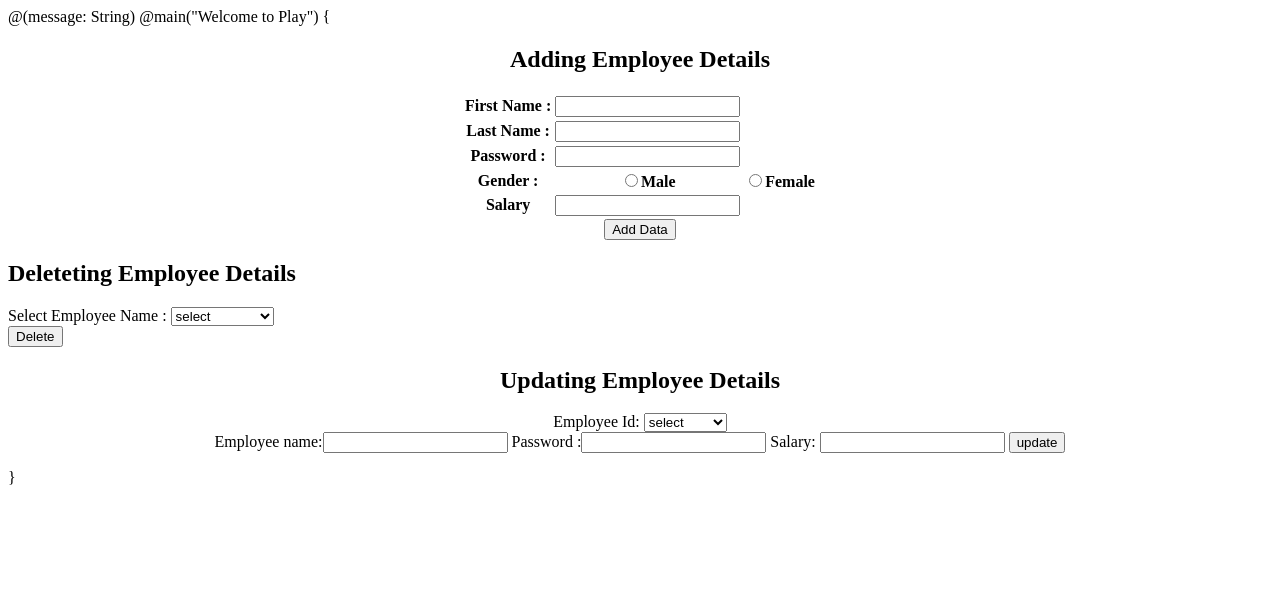
Repository: PoonamDeokar/SalesTool
Page: CrudDemo/app/views/index.scala.html
These files come from the project's save history. The page is drawn as it stood at one moment and after the next save; the edit follows.
The browser window is 1280 px wide. The pictures show the whole page.

Above is the page before, as saved 2016-09-16 06:37:46.

### CrudDemo/app/views/index.scala.html

@(message: String)

@main("Welcome to Play") {


  	<form action ="@routes.HomeController.addEmp()" method="post">

    	<center>
    	<h2>Adding Employee Details </h2>
    	<table>
    	<tr>
    		<th>First Name :</th>
    		<th><input type="text" name="fname"></th>
    	</tr>
    	<tr>
    		<th>Last Name :</th>
    		<th><input type="text" name="lname"></th>
    	</tr>
    	<tr>
    		<th>Password :</th>
    		<th><input type="password" name="pass"></th>
    	</tr>
    	<tr>
    		<th>Gender :</th>
    		<th><input type="radio" name="gen" value="male">Male<br></th>
    		<th><input type="radio" name="gen" value="fmale">Female<br></th>
    	</tr>
    	<tr>
    		<th>Salary</th>
    		<th><input type="text" name="sal"></th>
    	</tr>

    	 </table>
    	 <input type="submit"  value="Add Data"/>
    	</center>
    </form>

    <from action="@routes.HomeController.deleteEmp()" method="post">
    <h2>Deleteting Employee Details</h2>

    Select Employee Name : <select fname="fname">
    <option value="0">select</option>
    @for(emp<-Employee.find.all){
    	<option value=@emp.fname>@emp.fname</option>
    }
    </select><br>
    <input type="submit" value="Delete"/>

    </from>

    <form action="@routes.HomeController.updateEmp()" method="get">
    <center>
    <h2>Updating Employee Details</h2>
    Employee Id: <select eid="eid">
    	<option value="0">select</option>
    	@for(emp<-Employee.find.all){
    		<option value=@emp.eid>@emp.eid</option>
    	}
    </select><br>
    Employee name:<input type="text" name="fname"/>
    Password :<input type="password" name="pass"/>
    Salary: <input type="text" name="sal"/>
    <input type="submit" value="update"/>
	</center>
    </form>

}

After the next save:
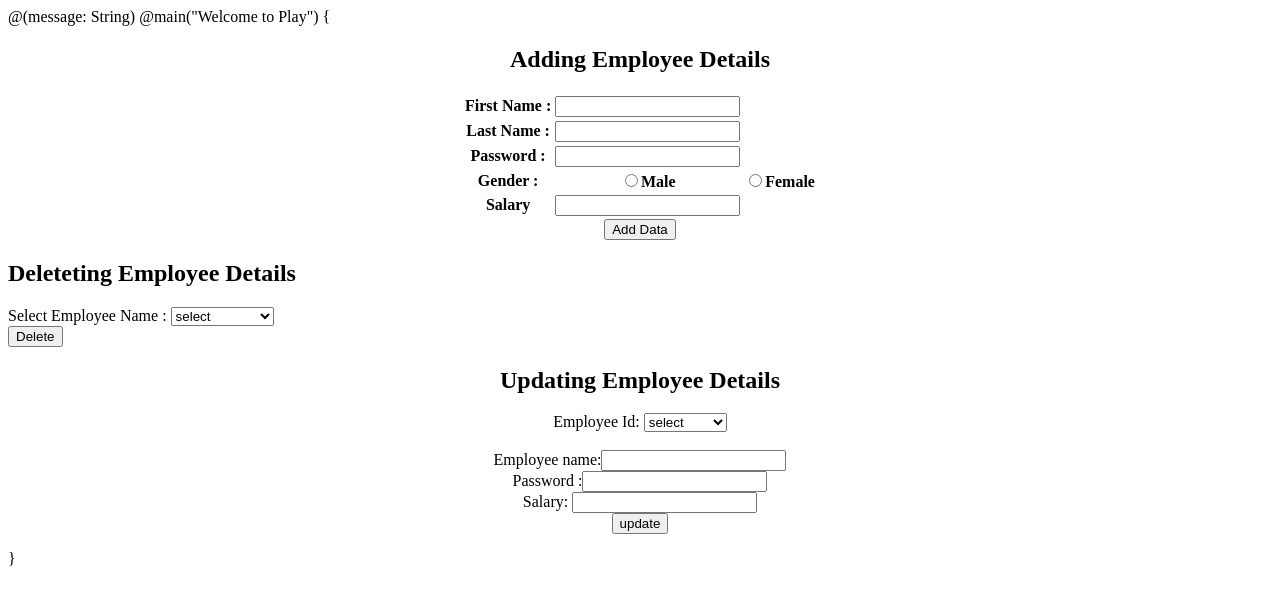
Saved 69 s later.
--- a/CrudDemo/app/views/index.scala.html
+++ b/CrudDemo/app/views/index.scala.html
@@ -57,10 +57,10 @@
     	@for(emp<-Employee.find.all){
     		<option value=@emp.eid>@emp.eid</option>
     	}
-    </select><br>
-    Employee name:<input type="text" name="fname"/>
-    Password :<input type="password" name="pass"/>
-    Salary: <input type="text" name="sal"/>
+    </select><br><br>
+    Employee name:<input type="text" name="fname"/><br>
+    Password :<input type="password" name="pass"/><br>
+    Salary: <input type="text" name="sal"/><br>
     <input type="submit" value="update"/>
 	</center>
     </form>
